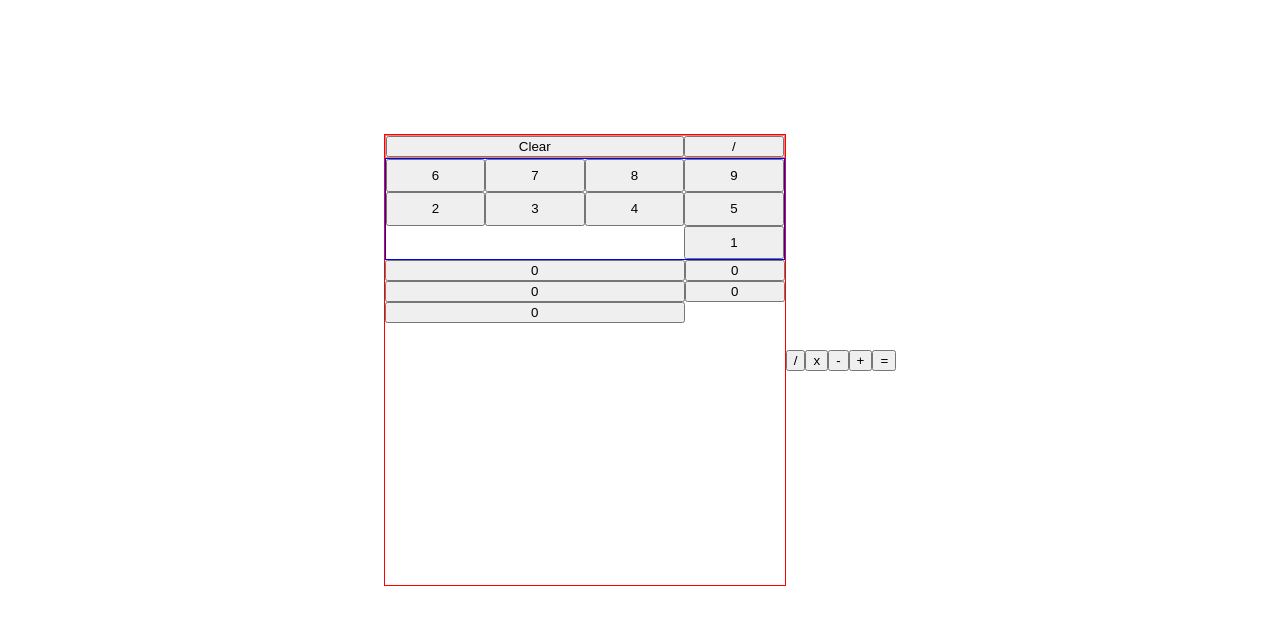
Repository: kocokoy/Calculator
Page: index.html
These files come from the project's save history. The page is drawn as it stood at one moment and after the next save; the edit follows.
The browser window is 1280 px wide. The pictures show the whole page.

Above is the page before, as saved 2024-10-22 14:53:24.

### index.html
<!DOCTYPE html>
<html lang="en">
<head>
  <meta charset="UTF-8">
  <meta name="viewport" content="width=device-width, initial-scale=1.0">
  <link rel="stylesheet" href="/style.css">
  <title>Document</title>
</head>
<body>
  <div class="calculator-container">
    <div class="output-number"></div>
    <div class="number-and-clear-container">
      <div class="clear-button-container">
      </div>
      <div class="number-container">

      </div>
      <div class="zero-button-container">
      </div>
    </div>
    <div class="operator-container">
    </div>
  </div>
  <script src="/script.js"></script>
</body>
</html>

### style.css
body{
  padding: 0;
  margin: 0;
  height: 100%;
}
.calculator-container{
  display: flex;
  align-items: center;
  justify-content: center;
  height: 100vh;
}
.number-and-clear-container{
  border: 1px solid red;
  height: 450px;
  width: 400px;
  display: block;
}
.clear-button-container{
  display: grid;
  grid-template-columns: 1fr 100px;
  border: 1px solid lightcoral;
}
.number-container{
  display: grid;
  grid-template-columns: 1fr 1fr 1fr 1fr;
  direction: rtl;
  border: 1px solid blue;
  height: 100px;
}
.zero-button-container{
  display: grid;
  grid-template-columns: 1fr 100px;
}

### script.js
const calculatorButton = ['Clear',1,2,3,4,5,6,7,8,9,0];
const operatorContent = ['/','x','-','+','='];
const numberContainer = document.querySelector('.number-container');
const numberButton = document.querySelectorAll('.number-button');
const clearButtonContainer = document.querySelector('.clear-button-container');
const zeroButtonContainer = document.querySelector('.zero-button-container');
const operatorContainer = document.querySelector('.operator-container');
const operatorButton = document.querySelectorAll('.operator-button');
const outputElement = document.querySelector('.output-number');

let num1 = '';
let num2 = '';
let operator = '';
let result = 0;
let equals ='';
let html = '';

const descendedNumber = calculatorButton.sort((a,b) => b-a)
for(const num of descendedNumber){
  for(const operand of operatorContent){
    const button = document.createElement('button');
    const operandButton = document.createElement('button');
    if(num === 'Clear' && operand === '/'){
      button.classList.add('clear-button');
      operandButton.classList.add('operand-button');
      button.textContent = num;
      operandButton.textContent = operand;
      clearButtonContainer.appendChild(button);
      clearButtonContainer.appendChild(operandButton);
      break;
    }else if(num === 0){
      button.classList.add('number-button');
      button.textContent = num;
      console.log(button);
      zeroButtonContainer.appendChild(button);
      if(operand === '.' && operand === '='){
        console.log(operand);
      }
    }else{
      button.classList.add('zero-button');
      button.textContent = num;
      numberContainer.appendChild(button);
      break;
    }
  }
}
// descendedNumber.forEach(num => {
// });

operatorContent.forEach(oper => {
  const button = document.createElement('button');
  button.classList.add('operator-button');
  button.textContent = oper;
  operatorContainer.appendChild(button);
});


operatorButton.forEach((operButton,i) => {
  operButton.addEventListener('click', () => {
    if(operButton.textContent != '='){
      operator = operButton.textContent;
      outputElements(operator);
    }else{
      equals = operButton.textContent;
      if(equals === '='){
        console.log(`${num1}${operator}${num2}`)
        operate(num1,num2,operator);
      }
    }

  })
})

numberButton.forEach((numButton,i) => {
  numButton.addEventListener('click', () => {

    if (operator === '') {
      num1 += numButton.textContent;
      outputElements(numButton.textContent);
      console.log('Num1:', num1);
    } else {
      num2 += numButton.textContent;
      outputElements(numButton.textContent);
      console.log('Num2:', num2);
    }
  })
})


function outputElements(a){
  if(num1 && num2 && operator && equals){
    outputElement.textContent = '';
    outputElement.textContent = a;
  }else{
    html+=a;
    console.log(html);
    outputElement.textContent = html;
  }
}




function operate(num1,num2,operator){
  number1 = parseInt(num1,10);
  number2 = parseInt(num2,10);
  if(operator === '+'){
    addOperator(number1,number2);
  }else if(operator === '-'){
    minusOperator(number1,number2);
  }else if(operator === '*'){
    timesOperator(number1,number2);
  }else if(operator === '/'){
    divideOperator(number1,number2);
  }
}


const addOperator = (a,b) => {
  console.log(a,b);
  result = a + b;
  outputElements(result);
  return console.log(result);
}

const minusOperator = (a,b) => {
  result = a-b;
  outputElements(result);
  return console.log(result);
}

const timesOperator = (a,b) => {
  result = a*b;
  outputElements(result);
  return console.log(result);
}

const divideOperator = (a,b) => {
  sum = a/b;
  outputElements(result);
  return console.log(result);
}

After the next save:
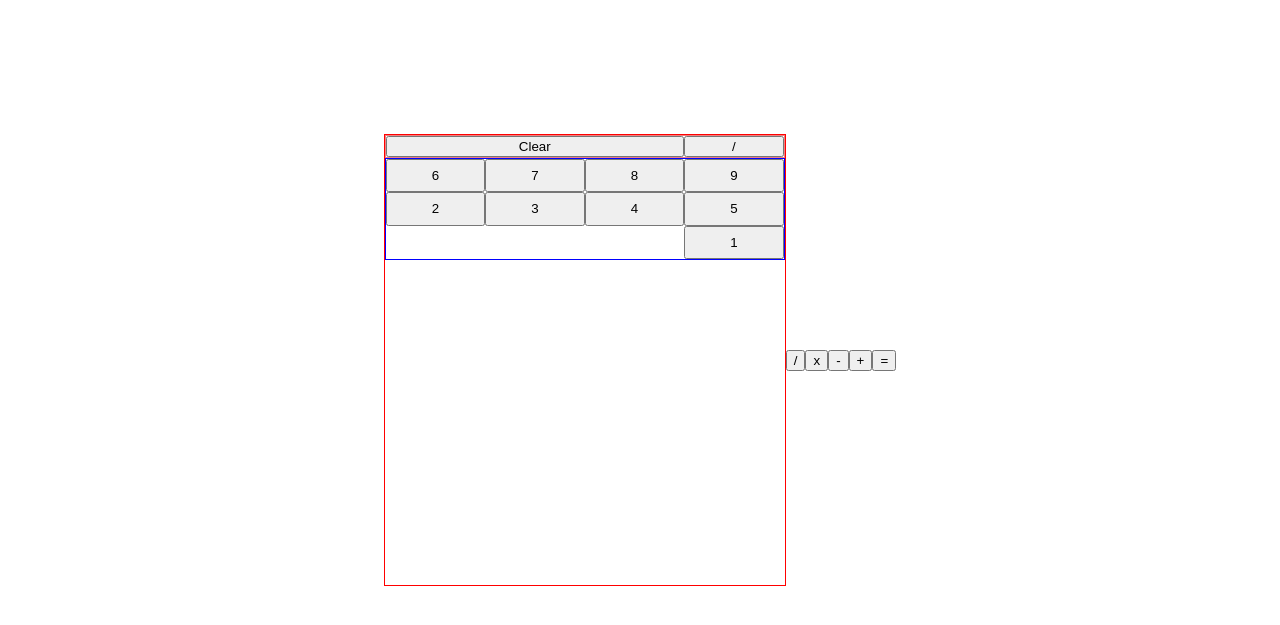
Saved 28 s later.
--- a/script.js
+++ b/script.js
@@ -29,12 +29,13 @@ for(const num of descendedNumber){
       clearButtonContainer.appendChild(operandButton);
       break;
     }else if(num === 0){
-      button.classList.add('number-button');
-      button.textContent = num;
-      console.log(button);
-      zeroButtonContainer.appendChild(button);
       if(operand === '.' && operand === '='){
+        button.classList.add('number-button');
+        button.textContent = num;
+        console.log(button);
+        zeroButtonContainer.appendChild(button);
         console.log(operand);
+        break;
       }
     }else{
       button.classList.add('zero-button');
